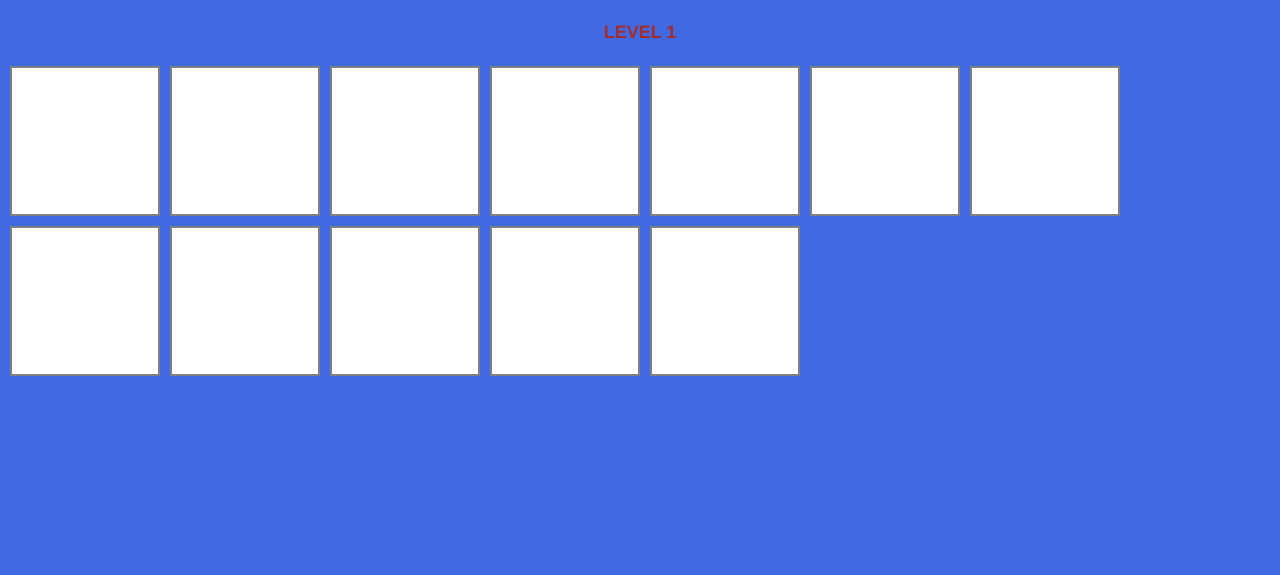
Repository: Shenba-Ps/Jsp-Servlet-B
Page: http://localhost/Test/Booking.jsp
The author's editor kept a copy of each file at every save. The page is drawn from the files as they stood at one save, then again after the next save.
The browser window is 1280 px wide. The pictures show the whole page.
The page is served by Tomcat 9. Other server files are loaded and not shown.

Above is the page before, as saved 2023-06-15 13:15:52.

### Test/src/main/webapp/Booking.jsp
<!DOCTYPE HTML><%@page language="java"
	contentType="text/html; charset=ISO-8859-1" pageEncoding="ISO-8859-1"%>
<html>
<head>
<title>Booking</title>
<meta http-equiv="Content-Type" content="text/html; charset=ISO-8859-1">
<link rel="stylesheet" href="Plugins/Boostrap.css">
<link rel="stylesheet" href="Script/Common.css">
<script src="Plugins/jQuery.js"></script>
<script src="Plugins/bootstrap.js"></script>
<script src="Script/Booking.js"></script>
</head>
<body>
	<div style="height: 100vh; background-color: #4169E1;">
		<div>
			<div class="Level1">
				<div class="Title form-group" style="text-align: center;">LEVEL
					1</div>
				<div class="row">
					<div class="col-md-2 Slot Free"></div>
					<div class="col-md-2 Slot Free"></div>
					<div class="col-md-2 Slot Free"></div>
					<div class="col-md-2 Slot Free"></div>
					<div class="col-md-2 Slot Free"></div>
					<div class="col-md-2 Slot Free"></div>
					<div class="col-md-2 Slot Free"></div>
					<div class="col-md-2 Slot Free"></div>
					<div class="col-md-2 Slot Free"></div>
					<div class="col-md-2 Slot Free"></div>
					<div class="col-md-2 Slot Free"></div>
					<div class="col-md-2 Slot Free"></div>
				</div>
			</div>
		</div>
		<!-- Modal -->
		<div class="modal fade" data-backdrop="static" id="mdlCustomerDetail"
			role="dialog">
			<div class="modal-dialog" style="width: 70%;">
				<!-- Modal content-->
				<div class="modal-content">
					<div class="modal-body">
						<div class="Title form-group" style="text-align: center;">Please
							enter your booking information</div>
						<div class="row form-group">
							<div class="col-xs-3 RightAlign">
								<label>Name</label>
							</div>
							<div class="col-xs-6">
								<input class="form-control" type="text" id="idName"
									name="nmName">
								<div class="ControlErrorMessage" id="errName"></div>
							</div>
						</div>
						<div class="row form-group">
							<div class="col-xs-3 RightAlign">
								<label>Address</label>
							</div>
							<div class="col-xs-6">
								<textarea class="form-control" id="idAddress" name="nmAddress"></textarea>
								<div class="ControlErrorMessage" id="errAddress"></div>
							</div>
						</div>
						<div class="row form-group">
							<div class="col-xs-3 RightAlign">
								<label>NRIC</label>
							</div>
							<div class="col-xs-6">
								<input class="form-control" type="text" id="idNRIC"
									name="nmNRIC">
								<div class="ControlErrorMessage" id="errNRIC"></div>
							</div>
						</div>
						<div class="row form-group">
							<div class="col-xs-3 RightAlign">
								<label>Usage Trade</label>
							</div>
							<div class="col-xs-6">
								<select class="form-control" name="UsageTrade" id="idUsageTrade">
									<option value="Credit Card Promotion">Credit Card
										Promotion</option>
									<option value="F&B">F&B</option>
									<option value="Hairdressing">Hairdressing</option>
									<option value="Clothing">Clothing</option>
									<option value="Others">Others</option>
								</select>
								<div class="ControlErrorMessage" id="errUserTrade"></div>
							</div>
						</div>
						<div class="row form-group">
							<div class="col-xs-3 RightAlign">
								<label>Others</label>
							</div>
							<div class="col-xs-6">
								<input class="form-control" type="text" id="idOthers"
									name="nmOthers">
								<div class="ControlErrorMessage" id="errOthers"></div>
							</div>
						</div>
						<div class="row form-group">
							<div class="col-xs-3 RightAlign">
								<label>Email</label>
							</div>
							<div class="col-xs-6">
								<input class="form-control" type="text" id="idEmail"
									name="nmEmail">
								<div class="ControlErrorMessage" id="errEmail"></div>
							</div>
						</div>
						<div class="row form-group">
							<div class="col-xs-3 RightAlign">
								<label>Home</label>
							</div>
							<div class="col-xs-6">
								<input class="form-control PhoneNumber" type="text"
									id="idHomeTel" name="nmHome" maxlength="8">
								<div class="ControlErrorMessage" id="errHomeTel"></div>
							</div>
						</div>
						<div class="row form-group">
							<div class="col-xs-3 RightAlign">
								<label>Office</label>
							</div>
							<div class="col-xs-6">
								<input class="form-control PhoneNumber" type="text"
									id="idOfficeTel" name="nmOffice" maxlength="8">
								<div class="ControlErrorMessage" id="errOfficeTel"></div>
							</div>
						</div>
						<div class="row form-group">
							<div class="col-xs-3 RightAlign">
								<label>Mobile</label>
							</div>
							<div class="col-xs-6">
								<input class="form-control PhoneNumber" type="text"
									id="idMobile" name="nmMobile" maxlength="8">
								<div class="ControlErrorMessage" id="errMobile"></div>
							</div>
						</div>
						<div class="row form-group">
							<div class="col-xs-3 RightAlign">
								<label>Booking Date</label>
							</div>
							<div class="col-xs-6">
								<input class="form-control" type="date" id="idBookingDate"
									name="nmBookingDate">
								<div class="ControlErrorMessage" id="errBookingDate"></div>
							</div>
						</div>
					</div>
					<div class="modal-footer">
						<button type="button" class="btn btn-primary"
							onclick="onclickBookSlot()">Book Slot</button>
						<button type="button" class="btn btn-primary" id="btnBookSlot"
							style="display: none;"></button>
						<div class="ControlErrorMessage" id="errBookingSlot"></div>
					</div>
				</div>
			</div>
		</div>
	</div>
</body>
</html>

### Test/src/main/webapp/Script/Common.css
.Title {
	font-size: 18px;
	color: brown;
	font-weight: bold;
}

.RightAlign {
	text-align: center;
}

.ControlError {
	border: 2px solid red;
}

.ControlErrorMessage {
	color: red;
	font-weight: 600;
}

.Level1 {
	padding: 20px;
}

.Slot {
	border: 2px solid gray;
	margin: 5px;
	height: 150px;
	width: 150px;
}

.Free {
	background-color: white;
	color: white;
	font-weight: 600;
	text-align: center;
}

.Booked {
	background-color: gray;
	color: white;
	font-weight: 600;
	text-align: center;
}

### Test/src/main/webapp/Script/Booking.js
$(function() {
	//OpenCustomerDetail();
});

function OpenCustomerDetail() {
	$('#mdlCustomerDetail').modal('show');
}

function onclickBookSlot() {
	$('#idName').removeClass("ControlError");
	$('#errName').hide();
	$('#idAddress').removeClass("ControlError");
	$('#errAddress').hide();
	$('#idNRIC').removeClass("ControlError");
	$('#errNRIC').hide();
	$('#idUsageTrade').removeClass("ControlError");
	$('#errUsageTrade').hide();
	$('#idOthers').removeClass("ControlError");
	$('#errOthers').hide();
	$('#idEmail').removeClass("ControlError");
	$('#errEmail').hide();
	$('#idHomeTel').removeClass("ControlError");
	$('#errHomeTel').hide();
	$('#idNOfficeTel').removeClass("ControlError");
	$('#errOfficeTel').hide();
	$('#idMobile').removeClass("ControlError");
	$('#errMobile').hide();
	$('#idBookingDate').removeClass("ControlError");
	$('#errBookingDate').hide();
	if ($('#idName').val() == "") {
		$('#idName').addClass("ControlError");
		$('#errName').html("* Please enter your name");
		$('#errName').show();
	}
	if ($('#idAddress').val() == "") {
		$('#idAddress').addClass("ControlError");
		$('#errAddress').html("* Please enter your address");
		$('#errAddress').show();
	}
	if ($('#idNRIC').val() == "") {
		$('#idNRIC').addClass("ControlError");
		$('#errNRIC').html("* Please enter your NRIC");
		$('#errNRIC').show();
	}
	if ($('#idUsageTrade').val() == "") {
		$('#idUsageTrade').addClass("ControlError");
		$('#errUsageTrade').html("* Please select usage trade");
		$('#errUsageTrade').show();
	}
	if ($('#idOthers').val() == "") {
		$('#idOthers').addClass("ControlError");
		$('#errOthers').html("* Please enter usage trade details");
		$('#errOthers').show();
	}
	if ($('#idEmail').val() == "") {
		$('#idEmail').addClass("ControlError");
		$('#errEmail').html("* Please enter your email");
		$('#errEmail').show();
	}
	if ($('#idHomeTel').val() == "") {
		$('#idHomeTel').addClass("ControlError");
		$('#errHomeTel').html("* Please enter your home number");
		$('#errHomeTel').show();
	}
	if ($('#idOfficeTel').val() == "") {
		$('#idOfficeTel').addClass("ControlError");
		$('#errOfficeTel').html("* Please enter your office number");
		$('#errOfficeTel').show();
	}
	if ($('#idMobile').val() == "") {
		$('#idMobile').addClass("ControlError");
		$('#errMobile').html("* Please enter your mobile number");
		$('#errMobile').show();
	}
	if ($('#idBookingDate').val() == "") {
		$('#idBookingDate').addClass("ControlError");
		$('#errBookingDate').html("* Please select booking date");
		$('#errBookingDate').show();
	}
}

Loaded but not shown: Test/src/main/webapp/Plugins/Boostrap.css (library); Test/src/main/webapp/Plugins/jQuery.js (library); Test/src/main/webapp/Plugins/bootstrap.js (library)

After the next save:
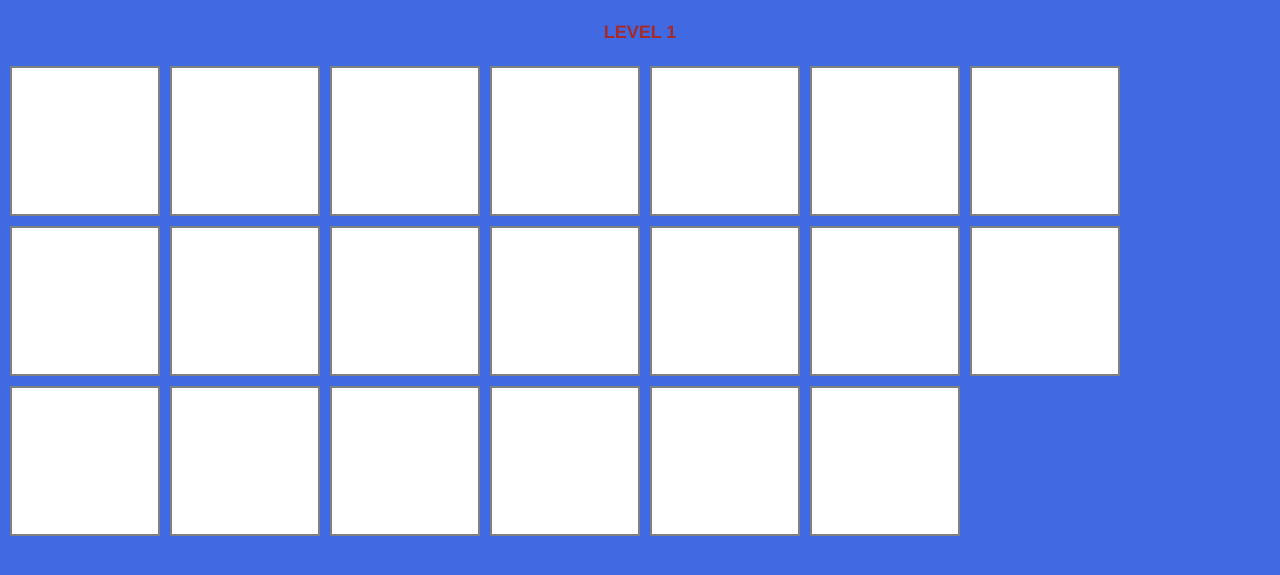
Saved 16 s later.
--- a/Test/src/main/webapp/Booking.jsp
+++ b/Test/src/main/webapp/Booking.jsp
@@ -17,6 +17,14 @@
 				<div class="Title form-group" style="text-align: center;">LEVEL
 					1</div>
 				<div class="row">
+					<div class="col-md-2 Slot Free"></div>
+					<div class="col-md-2 Slot Free"></div>
+					<div class="col-md-2 Slot Free"></div>
+					<div class="col-md-2 Slot Free"></div>
+					<div class="col-md-2 Slot Free"></div>
+					<div class="col-md-2 Slot Free"></div>
+					<div class="col-md-2 Slot Free"></div>
+					<div class="col-md-2 Slot Free"></div>
 					<div class="col-md-2 Slot Free"></div>
 					<div class="col-md-2 Slot Free"></div>
 					<div class="col-md-2 Slot Free"></div>
